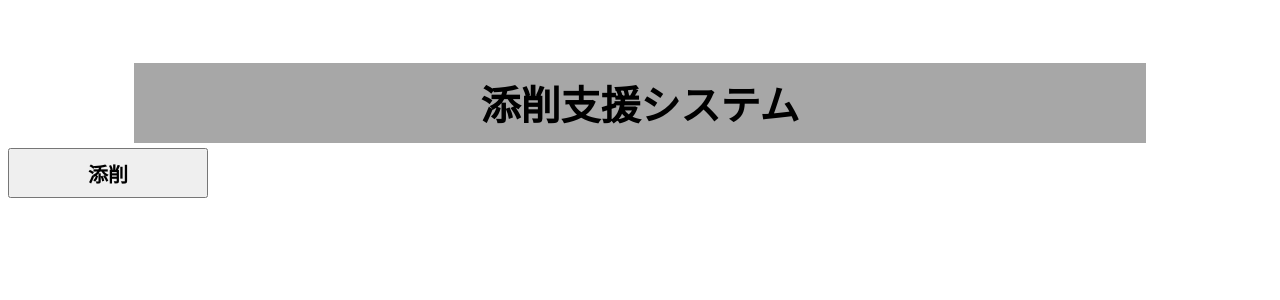
Repository: k-murakami18/canvas_v2
Page: Main.html
The author's editor kept a copy of each file at every save. The page is drawn from the files as they stood at one save, then again after the next save.
The browser window is 1280 px wide. The pictures show the whole page.

Above is the page before, as saved 2021-01-04 19:51:53.

After the next save:
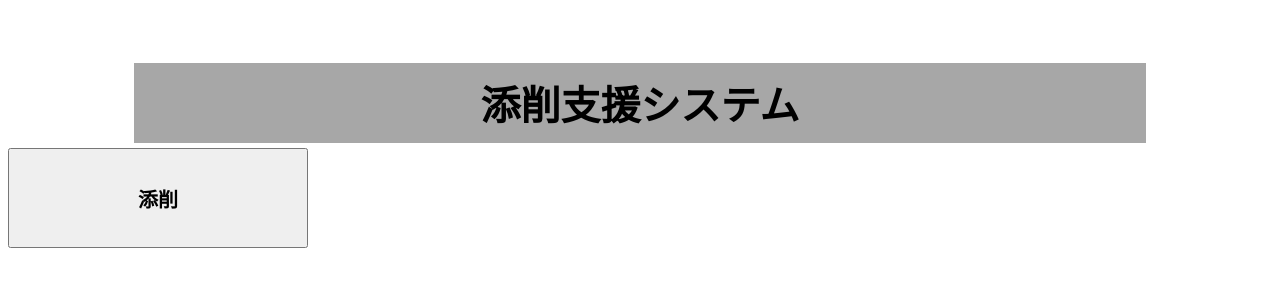
Saved 9 s later.
--- a/style.css
+++ b/style.css
@@ -134,8 +134,8 @@ canvas {
 }
 
 .button{
-  width: 200px;
-  height: 50px;
+  width: 300px;
+  height: 100px;
   font-size: 20px;
   font-weight: bold;
 }
